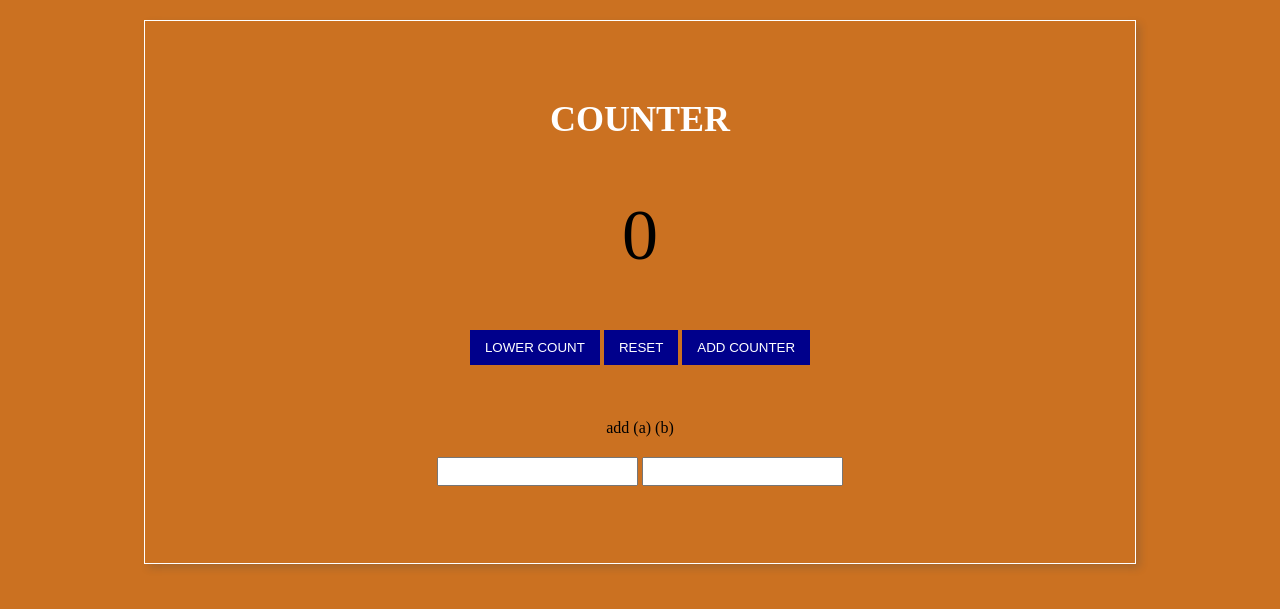
Repository: lusine-tech/counter
Page: index.html
The author's editor kept a copy of each file at every save. The page is drawn from the files as they stood at one save, then again after the next save.
The browser window is 1280 px wide. The pictures show the whole page.

Above is the page before, as saved 2022-02-14 23:50:02.

After the next save:
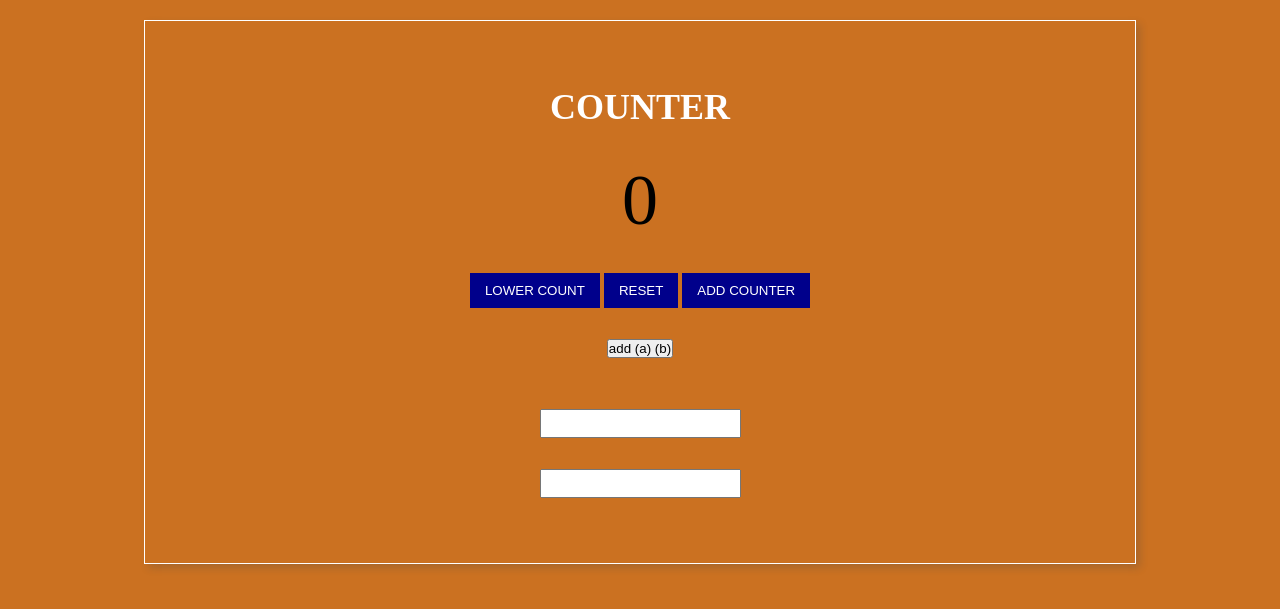
Saved 119 s later.
--- a/index.html
+++ b/index.html
@@ -20,7 +20,7 @@
                 <button class="btn" id="increase">add Counter</button>
             </div>
             <div class="inputs">
-                <div class="sum">add (<span class="left-input">a</span>)
+                <button class="sum">add (<span class="left-input">a</span>)
                     (<span class="right-input">b</span>)</div>
                 <input type="number" class="left-number">
                 <input type="number" class="right-number">
